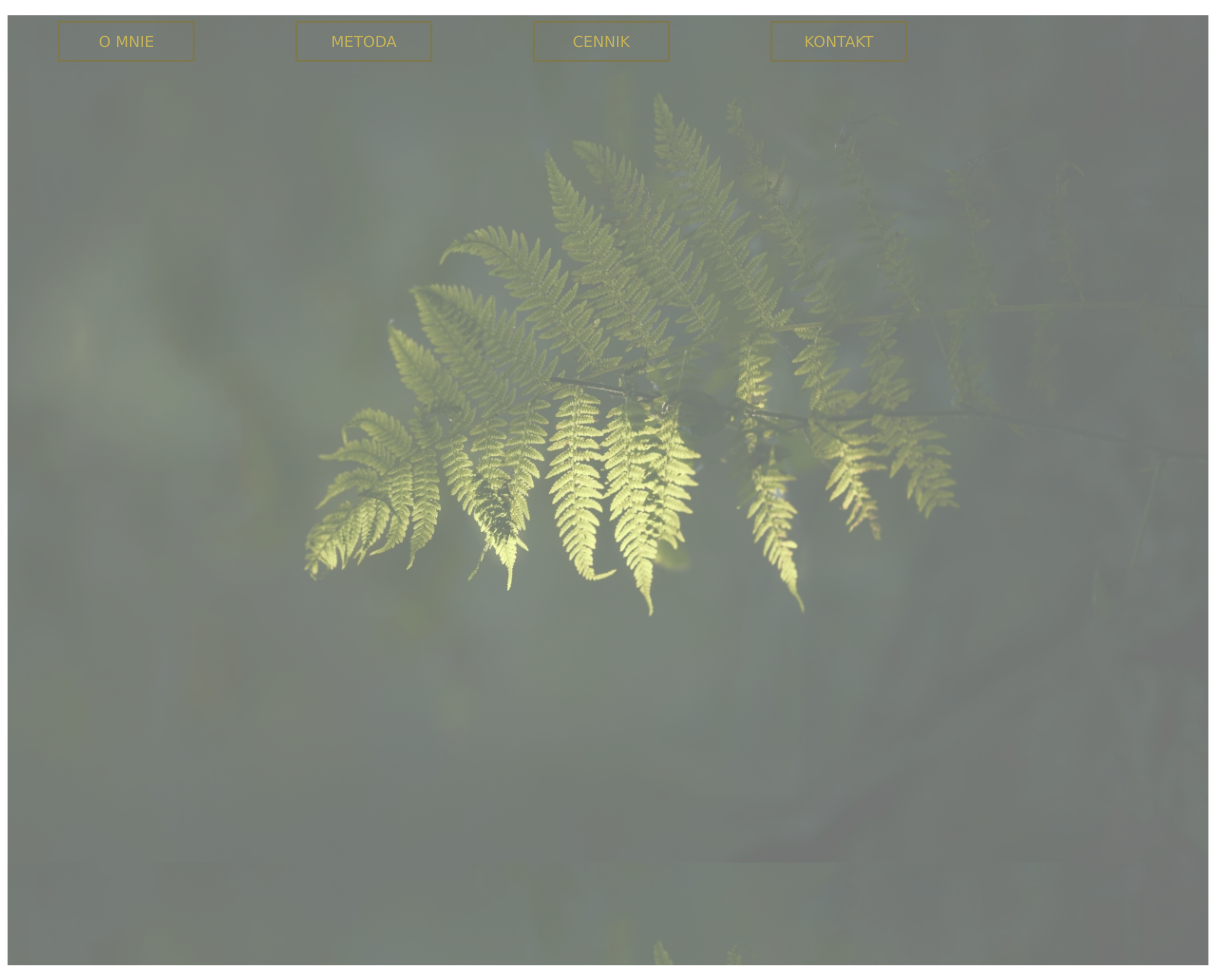
Repository: LechCieslak/Anna_Cieslak_v2.1
Page: index.html
These files come from the project's save history. The page is drawn as it stood at one moment and after the next save; the edit follows.
The browser window is 1280 px wide. The pictures show the whole page, at 95% of full size.

Above is the page before, as saved 2020-09-17 16:19:16.

### index.html
<!DOCTYPE html>
<html lang="pl">
<head>
    <meta charset="UTF-8">
    <meta name="viewport" content="width=device-width, initial-scale=1.0">
    <link rel="stylesheet" href="style.css">
    <title>Przyjazne miejsce</title>
</head>
<body>
    <main>

            <div class="menu">
                <ul>
                    <li class="li1">O MNIE</li>
                    <li class="li2">METODA</li>
                    <li class="li3">CENNIK</li>
                    <li class="li4">KONTAKT</li>
                </ul>
            </div>

            <div class="oMnie shape">
                <h1>O MNIE</h1>
                <p>Anna Cieślak - psycholog, psychoterapeuta
                    <br><br>
                    Prowadzę indywidualną długoterminową psychoterapię osób dorosłych oraz młodzieży 16+. Od kilku lat w duchu Rodzicielstwa Bliskości wspieram rodziców oraz nauczycieli w codziennych wyzwaniach związanych z budowaniem relacji z dziećmi. Pracuję z dziećmi i młodzieżą w placówkach edukacyjnych (głównie są to tzw. szkoły alternatywne, realizujące program MEN w autorski sposób). <br>
                    W swojej pracy łączę humanistyczne i psychodynamiczne spojrzenie na klienta. Ukończyłam kursy i szkolenia z zakresu psychoterapii i psychopedagogiki w Ośrodku Terapii i Rozwoju Gestalt, w Laboratorium Psychoedukacji, Podyplomowym Studium Relacji Interpersonalnych i Profilaktyki Uzależnień UKSW oraz Akademii Rodziców i Wychowawców w Fundacji Bullerbyn. Ważnym dla mnie doświadczeniem było szkolenie wstępne z zakresu NVC prowadzone przez Zofię Schacht-Petersen. <br>
                    Prywatną praktykę prowadzę od 2013 roku. Swoją pracę poddaję regularnej superwizji, prowadzonej przez superwizora Polskiego Towarzystwa Psychologicznego.</p>
            </div>

            <div class="metoda shape">
                <h1>METODA</h1>
                <p>Lorem, ipsum dolor sit amet consectetur adipisicing elit. Tenetur illum, dolores ipsum earum qui eligendi quaerat itaque debitis quo cumque repudiandae fugit quisquam nisi quas sunt voluptatem alias enim vero porro reprehenderit. Quisquam possimus labore voluptate facere voluptatum mollitia eveniet dicta quis vitae ullam quae saepe veniam quos ut, dolor, fuga repellat, veritatis quam modi odio placeat! Vero, reprehenderit repellendus? Delectus sit voluptate minus quam ratione numquam ipsum nemo commodi rem nesciunt consequatur, sunt cumque, repellat aliquam excepturi dolores aut suscipit minima nisi veritatis itaque ad explicabo perspiciatis voluptatibus! Cumque id adipisci officiis facere, tenetur quod provident. Eveniet, exercitationem necessitatibus.</p>
            </div>

            <div class="cennik shape">
                <h1>CENNIK</h1>
                <p>Lorem, ipsum dolor sit amet consectetur adipisicing elit. Tenetur illum, dolores ipsum earum qui eligendi quaerat itaque debitis quo cumque repudiandae fugit quisquam nisi quas sunt voluptatem alias enim vero porro reprehenderit. Quisquam possimus labore voluptate facere voluptatum mollitia eveniet dicta quis vitae ullam quae saepe veniam quos ut, dolor, fuga repellat, veritatis quam modi odio placeat! Vero, reprehenderit repellendus? Delectus sit voluptate minus quam ratione numquam ipsum nemo commodi rem nesciunt consequatur, sunt cumque, repellat aliquam excepturi dolores aut suscipit minima nisi veritatis itaque ad explicabo perspiciatis voluptatibus! Cumque id adipisci officiis facere, tenetur quod provident. Eveniet, exercitationem necessitatibus.</p>
            </div>

            <div class="kontakt shape">
                <h1>KONTAKT</h1>
                <p>Lorem, ipsum dolor sit amet consectetur adipisicing elit. Tenetur illum, dolores ipsum earum qui eligendi quaerat itaque debitis quo cumque repudiandae fugit quisquam nisi quas sunt voluptatem alias enim vero porro reprehenderit. Quisquam possimus labore voluptate facere voluptatum mollitia eveniet dicta quis vitae ullam quae saepe veniam quos ut, dolor, fuga repellat, veritatis quam modi odio placeat! Vero, reprehenderit repellendus? Delectus sit voluptate minus quam ratione numquam ipsum nemo commodi rem nesciunt consequatur, sunt cumque, repellat aliquam excepturi dolores aut suscipit minima nisi veritatis itaque ad explicabo perspiciatis voluptatibus! Cumque id adipisci officiis facere, tenetur quod provident. Eveniet, exercitationem necessitatibus.</p>
            </div>
    </main>


    <script src="app.js"></script>
</body>
</html>

### style.css
* {
    font-family: verdana;
    padding: 0px;
}

body {
    --tlo: #4C6464;
    --text: #C5B358;
    --ramka: #7F784E;
    background-position-x: center;
    /* background-color: black; */
    color: var(--text);
    /* animation: backgroundEffPoz 3s forwards; */
    display: block;
    position: relative;
}

main {
    width: 1000px;
    height: 1000px;
}

body::after {
    content: "";
    background: url("images/background-poz.jpg");
    opacity: 0.6;
    /* background-color: red; */
    top: 0;
    left: 0;
    bottom: 0;
    right: 0;
    position: absolute;
    width: 100%;
    height: 100%;
    z-index: -1;
}

ul {
    display: flex;
    justify-content: space-around;
}

.menu li {
    margin-top: 6px;
    padding: 10px;
    display: inline-block;
    border: solid 2px var(--ramka);
    list-style-type: none;
    width: 120px;
    cursor: pointer;
    text-align: center;
}

.shape {
    border: solid 3px var(--ramka);
    /* width: 70%; */
    opacity: 0;
    padding: 10px;
    position: absolute;
    text-align: justify;
}

.nowa {
    opacity: 1;
}

@keyframes backgroundEffPoz {
    100% {
            background-image: url("images/background-poz.jpg");
    }
}
@keyframes backgroundEffPion {
    100% {
            background-image: url("images/background-pion.jpg");
    }
}

/* style css - duże ekrany
@media (min-width: 1100px) {
    body {
        font-size: 30px;
    }
} */

@media (max-width: 600px) {
    body {
        /* style css - tel. pionowo */
        /* background-image: url("images/background-pion.jpg"); */
        font-size: 10px;
        background-position-x: center;
        animation: backgroundEffPion 3s forwards;
    }

    .menu li {
        width: 50px;
        height: 8px;
        padding-top: 6px;
    }
}

@media (max-width: 320px) {
    ul {
        width: 55px;
        display: block;
    }
}

### app.js
let a = document.querySelector('.li1');
let b = document.querySelector('.oMnie');
let c = document.querySelector('.li2');
let d = document.querySelector('.metoda');
let e = document.querySelector('.li3');
let f = document.querySelector('.cennik');
let g = document.querySelector('.li4');
let h = document.querySelector('.kontakt');

a.addEventListener('click', e => {
  b.classList.toggle("nowa");
  d.classList.remove("nowa");
  f.classList.remove("nowa");
  h.classList.remove("nowa");
});


c.addEventListener('click', e => {
  d.classList.toggle("nowa");
  b.classList.remove("nowa");
  f.classList.remove("nowa");
  h.classList.remove("nowa");
});

e.addEventListener('click', e => {
  f.classList.toggle("nowa");
  b.classList.remove("nowa");
  d.classList.remove("nowa");
  h.classList.remove("nowa");
});


g.addEventListener('click', e => {
  h.classList.toggle("nowa");
  b.classList.remove("nowa");
  d.classList.remove("nowa");
  f.classList.remove("nowa");
});

After the next save:
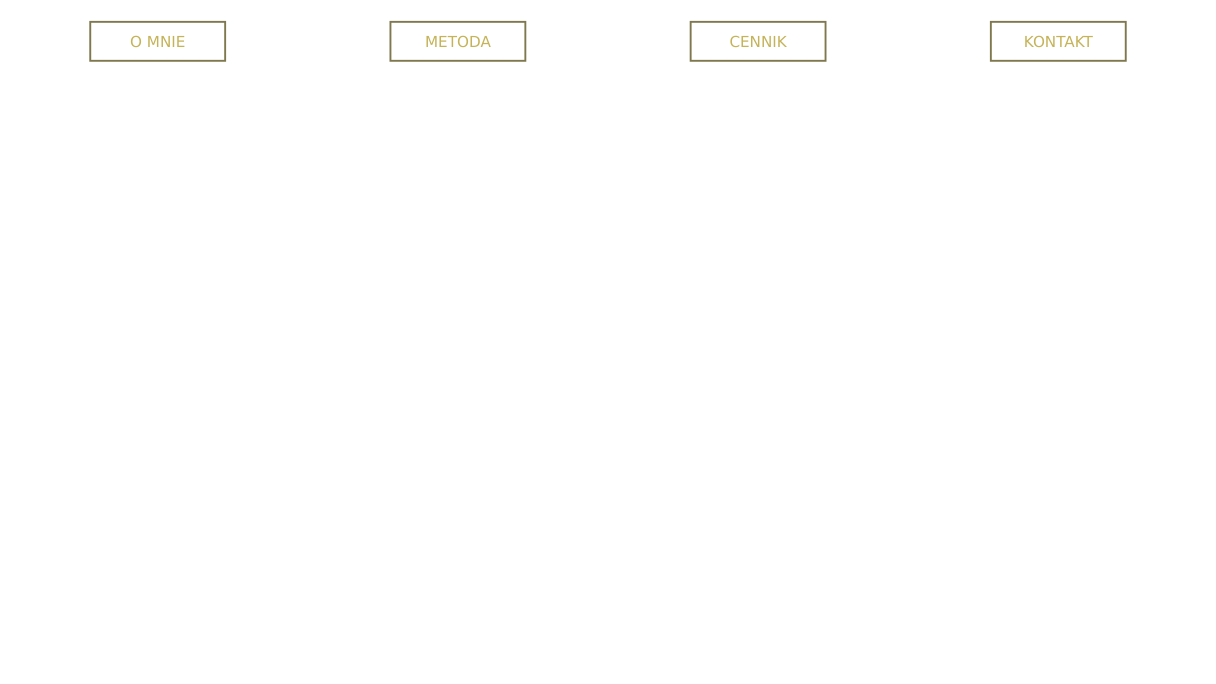
Saved 3 min 19 s later.
--- a/style.css
+++ b/style.css
@@ -13,26 +13,6 @@ body {
     /* animation: backgroundEffPoz 3s forwards; */
     display: block;
     position: relative;
-}
-
-main {
-    width: 1000px;
-    height: 1000px;
-}
-
-body::after {
-    content: "";
-    background: url("images/background-poz.jpg");
-    opacity: 0.6;
-    /* background-color: red; */
-    top: 0;
-    left: 0;
-    bottom: 0;
-    right: 0;
-    position: absolute;
-    width: 100%;
-    height: 100%;
-    z-index: -1;
 }
 
 ul {
